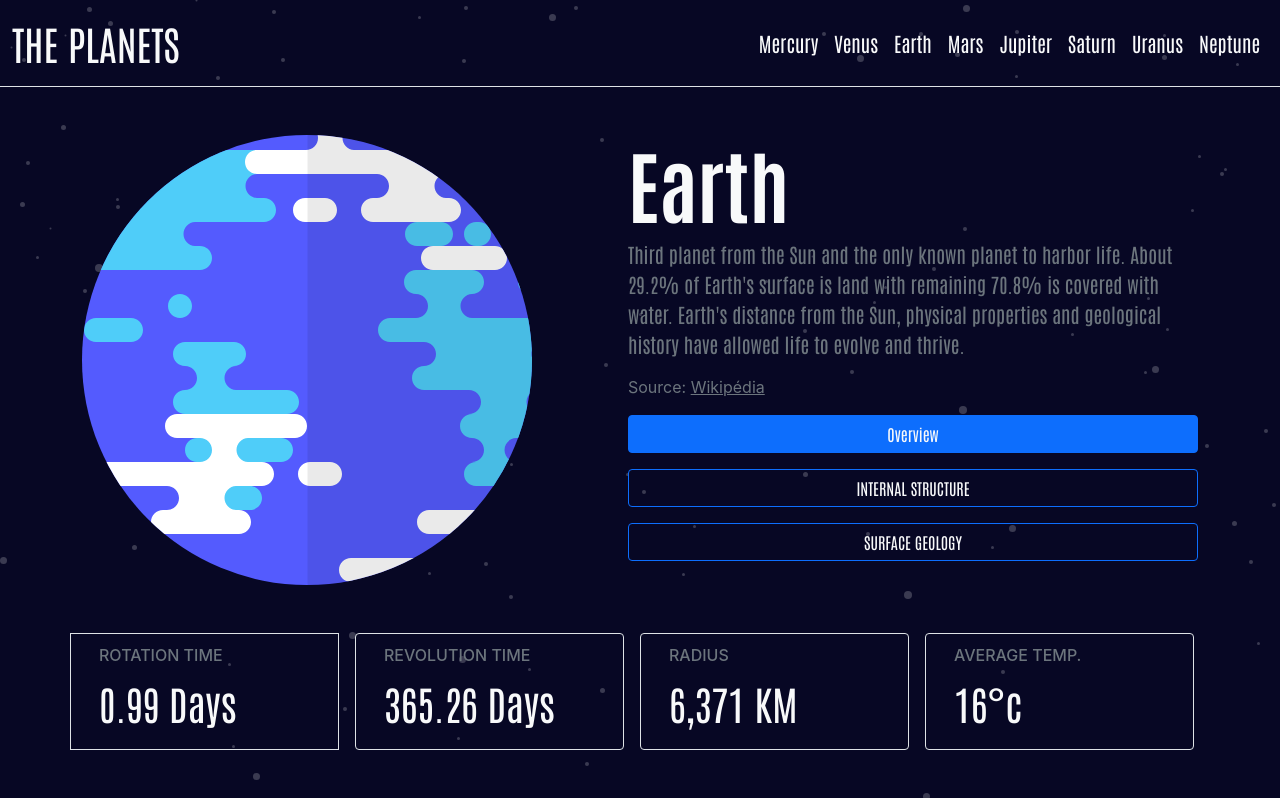
Repository: andre06x/the-planets
Page: /
These files come from the project's save history. The page is drawn as it stood at one moment and after the next save; the edit follows.
The browser window is 1280 px wide. The pictures show the whole page.
The project was rebuilt for these pictures with package versions that can differ from the ones it lists, and the page was loaded fresh each time.

Above is the page before, as saved 2021-10-19 16:31:13.

### public/index.html
<!DOCTYPE html>
<html lang="en">

<head>
  <meta charset="utf-8" />
  <link rel="icon" href="%PUBLIC_URL%/favicon.ico" />
  <meta name="viewport" content="width=device-width, initial-scale=1" />
  <meta name="theme-color" content="#000000" />
  <link rel="preconnect" href="https://fonts.googleapis.com">
  <link rel="preconnect" href="https://fonts.gstatic.com" crossorigin>
  <link href="https://fonts.googleapis.com/css2?family=Antonio:wght@400;500;600;700&display=swap" rel="stylesheet">
  <meta name="description" content="Web site created using create-react-app" />
  <link rel="apple-touch-icon" href="%PUBLIC_URL%/logo192.png" />
  <link rel="manifest" href="%PUBLIC_URL%/manifest.json" />
  <link rel="stylesheet" href="%PUBLIC_URL%/bootstrap-5.1.3-dist/css/bootstrap.min.css">
  <title>React App</title>
</head>

<body>
  <noscript>You need to enable JavaScript to run this app.</noscript>
  <div id="root"></div>
  <script src="./bootstrap-5.1.3-dist/js/bootstrap.min.js"></script>
</body>

</html>

### src/index.js
import React from 'react';
import ReactDOM from 'react-dom';
import App from './App';
import reportWebVitals from './reportWebVitals';
import Global from './styles/global';

ReactDOM.render(
  <React.StrictMode>
    <Global />
    <App />
  </React.StrictMode>,
  document.getElementById('root')
);

// If you want to start measuring performance in your app, pass a function
// to log results (for example: reportWebVitals(console.log))
// or send to an analytics endpoint. Learn more: https://bit.ly/CRA-vitals
reportWebVitals();

### src/App.js
import logo from './logo.svg';
// import './App.css';
import Header from './components/Header';
import Container from './components/Container';

function App() {
  return (
    <div className="App">
      <Header />
      <Container />
    </div>
  );
}

export default App;

### src/styles/global.js
import { createGlobalStyle } from 'styled-components';
import img from '../background-stars.svg';

export default createGlobalStyle`
  body {
    background-image: url(${img});
    background-color: #070724;
    background-repeat: repeat;
  margin: 0;
  font-family: -apple-system, BlinkMacSystemFont, 'Segoe UI', 'Roboto', 'Oxygen',
    'Ubuntu', 'Cantarell', 'Fira Sans', 'Droid Sans', 'Helvetica Neue',
    sans-serif;
  -webkit-font-smoothing: antialiased;
  -moz-osx-font-smoothing: grayscale;
}

code {
  font-family: source-code-pro, Menlo, Monaco, Consolas, 'Courier New',
    monospace;
}
`;

### src/components/Header.js
import React, { useEffect } from 'react';
import data from '../data.json';
import { usePlanet } from '../zustand';

const Header = () => {
  const planetSetar = usePlanet(state => state.nomePlanet);
  const planet = usePlanet(state => state.planet);

  useEffect(() => {
    console.log(planet)
  }, [planet])

  return (
    <nav class="navbar navbar-expand-lg navbar-dark bg-transparent border-bottom border-muted ">
      <div class="container-fluid d-flex justify-content-between">
        <a class="navbar-brand fs-1 text-light font-antonio" href="#">THE PLANETS</a>
        <button class="navbar-toggler text-light" type="button" data-bs-toggle="collapse" data-bs-target="#navbarSupportedContent" aria-controls="navbarSupportedContent" aria-expanded="false" aria-label="Toggle navigation">
          <span class="navbar-toggler-icon text-light"></span>
        </button>
        <div class="collapse navbar-collapse justify-content-end" id="navbarSupportedContent">
          <div>
            <ul class="navbar-nav me-auto mb-2 mb-lg-0">
              {
                data.map(d => (
                  <li class="nav-item">
                    <a
                      class="nav-link active text-light fs-5 font-antonio"
                      aria-current="page"
                      href="#"
                      onClick={() => planetSetar(d.name)}
                    >
                      {d.name}
                    </a>
                  </li>
                ))
              }
            </ul>
          </div>
        </div>
      </div>
    </nav>
  )
}



export default Header

### src/components/Container.js
import React, { useEffect, useState } from 'react';
// import earth from '../assets/planet-earth.svg';
import data from '../data.json';
import { usePlanet } from '../zustand';

const Container = () => {
  const [selectBox, setSelectBox] = useState(1);
  const planet = usePlanet(state => state.planet);
  // const [planet, setPlanet] = useState('Earth');
  const [text, setText] = useState(data.filter(d => d.name === planet)[0].overview);
  const [imagee, setImagee] = useState('assets/planet-earth.svg');
  const [dataPlanet, setDataPlanet] = useState(['']);



  const op = [
    { id: 1, titulo: 'Overview' },
    { id: 2, titulo: 'INTERNAL STRUCTURE' },
    { id: 3, titulo: 'SURFACE GEOLOGY' },
  ]

  function buttonChange(o) {
    setSelectBox(o.id);

    if (o.id === 1) {
      setText(data.filter(d => d.name === planet)[0].overview);
      setImagee(data.filter(d => d.name === planet)[0].images.planet);
    }

    if (o.id === 2) {
      setText(data.filter(d => d.name === planet)[0].structure);
      setImagee(data.filter(d => d.name === planet)[0].images.internal);

    }

    if (o.id === 3) {
      setText(data.filter(d => d.name === planet)[0].geology);
      setImagee(data.filter(d => d.name === planet)[0].images.geology);

    }

  }

  useEffect(() => {
    setDataPlanet(data.filter(d => d.name === planet)[0]);
    setImagee(data.filter(d => d.name === planet)[0].images.planet);
    setText(data.filter(d => d.name === planet)[0].overview);
    setSelectBox(1);

  }, [planet]);
  return (
    <div className="container mt-md-5">
      <div className="d-flex flex-column">
        <div className="d-flex flex-md-row flex-column-reverse justify-content-between">
          <div className="me-5">
            <img src={imagee} alt="" />
          </div>
          <div className="ms-md-5 d-flex flex-md-column flex-column-reverse">
            <h1 className="display-1 text-light font-antonio fw-bold">
              {planet}
            </h1>
            <p className="lead text-muted font-antonio">
              {text.content}
            </p>
            <span className="text-secondary">
              Source: <a href="" className="text-secondary"> Wikipédia</a>
            </span>

            <div className="d-flex flex-md-column mt-md-3 font-antonio fw-bold">
              {op.map(o => (
                <button
                  className={`btn text-light btn-outline-primary mb-3 col-4 col-md-12 ${selectBox === o.id ? ' btn-primary' : ''}`}
                  onClick={() => buttonChange(o)}
                >
                  {o.titulo}
                </button>
              ))}
            </div>
          </div>
        </div>
      </div>
      <div className="row mt-5 mb-5">
        <div class="col me-3 bg-transparent border">
          <div class="card-body">
            <h6 class="card-subtitle mb-2 text-muted">
              ROTATION TIME
            </h6>
            <p class="card-text text-light font-antonio fs-1">
              {dataPlanet.rotation}
            </p>
          </div>
        </div>
        <div class="card col me-3 bg-transparent border">
          <div class="card-body">
            <h6 class="card-subtitle mb-2 text-muted">
              REVOLUTION TIME
            </h6>
            <p class="card-text text-light font-antonio fs-1">
              {dataPlanet.revolution}
            </p>
          </div>
        </div>
        <div class="card col me-3 bg-transparent border">
          <div class="card-body">
            <h6 class="card-subtitle mb-2 text-muted">
              RADIUS
            </h6>
            <p class="card-text text-light font-antonio fs-1">
              {dataPlanet.radius}
            </p>
          </div>
        </div>
        <div class="card col me-3 bg-transparent border">
          <div class="card-body">
            <h6 class="card-subtitle mb-2 text-muted">
              AVERAGE TEMP.
            </h6>
            <p class="card-text text-light font-antonio fs-1">
              {dataPlanet.temperature}
            </p>
          </div>
        </div>
      </div>
    </div>
  )
}

export default Container;

### src/data.json
[
  {
    "name": "Mercury",
    "overview": {
      "content": "Mercury is the smallest planet in the Solar System and the closest to the Sun. Its orbit around the Sun takes 87.97 Earth days, the shortest of all the Sun's planets. Mercury is one of four terrestrial planets in the Solar System, and is a rocky body like Earth.",
      "source": "https://en.wikipedia.org/wiki/Mercury_(planet)"
    },
    "structure": {
      "content": "Mercury appears to have a solid silicate crust and mantle overlying a solid, iron sulfide outer core layer, a deeper liquid core layer, and a solid inner core. The planet's density is the second highest in the Solar System at 5.427 g/cm3 , only slightly less than Earth's density.",
      "source": "https://en.wikipedia.org/wiki/Mercury_(planet)#Internal_structure"
    },
    "geology": {
      "content": "Mercury's surface is similar in appearance to that of the Moon, showing extensive mare-like plains and heavy cratering, indicating that it has been geologically inactive for billions of years. It is more heterogeneous than either Mars's or the Moon’s.",
      "source": "https://en.wikipedia.org/wiki/Mercury_(planet)#Surface_geology"
    },
    "rotation": "58.6 Days",
    "revolution": "87.97 Days",
    "radius": "2,439.7 KM",
    "temperature": "430°c",
    "images": {
      "planet": "assets/planet-mercury.svg",
      "internal": "assets/planet-mercury-internal.svg",
      "geology": "assets/geology-mercury.png"
    }
  },
  {
    "name": "Venus",
    "overview": {
      "content": "Venus is the second planet from the Sun. It is named after the Roman goddess of love and beauty. As the brightest natural object in Earth's night sky after the Moon, Venus can cast shadows and can be, on rare occasions, visible to the naked eye in broad daylight.",
      "source": "https://en.wikipedia.org/wiki/Venus"
    },
    "structure": {
      "content": "The similarity in size and density between Venus and Earth suggests they share a similar internal structure: a core, mantle, and crust. Like that of Earth, Venusian core is most likely at least partially liquid because the two planets have been cooling at about the same rate.",
      "source": "https://en.wikipedia.org/wiki/Venus#Internal_structure"
    },
    "geology": {
      "content": "Much of the Venusian surface appears to have been shaped by volcanic activity. Venus has several times as many volcanoes as Earth, and it has 167 large volcanoes that are over 100 km (60 mi) across. The only volcanic complex of this size on Earth is the Big Island of Hawaii.",
      "source": "https://en.wikipedia.org/wiki/Venus#Surface_geology"
    },
    "rotation": "243 Days",
    "revolution": "224.7 Days",
    "radius": "6,051.8 KM",
    "temperature": "471°c",
    "images": {
      "planet": "assets/planet-venus.svg",
      "internal": "assets/planet-venus-internal.svg",
      "geology": "assets/geology-venus.png"
    }
  },
  {
    "name": "Earth",
    "overview": {
      "content": "Third planet from the Sun and the only known planet to harbor life. About 29.2% of Earth's surface is land with remaining 70.8% is covered with water. Earth's distance from the Sun, physical properties and geological history have allowed life to evolve and thrive.",
      "source": "https://en.wikipedia.org/wiki/Earth"
    },
    "structure": {
      "content": "Earth's interior, like that of the other terrestrial planets, is divided into layers by their chemical or physical (rheological) properties. The outer layer is a chemically distinct silicate solid crust, which is underlain by a highly viscous solid mantle.",
      "source": "https://en.wikipedia.org/wiki/Earth#Internal_structure"
    },
    "geology": {
      "content": "The total surface area of Earth is about 510 million km2. The continental crust consists of lower density material such as the igneous rocks granite and andesite. Less common is basalt, a denser volcanic rock that is the primary constituent of the ocean floors.",
      "source": "https://en.wikipedia.org/wiki/Earth#Surface"
    },
    "rotation": "0.99 Days",
    "revolution": "365.26 Days",
    "radius": "6,371 KM",
    "temperature": "16°c",
    "images": {
      "planet": "assets/planet-earth.svg",
      "internal": "assets/planet-earth-internal.svg",
      "geology": "assets/geology-earth.png"
    }
  },
  {
    "name": "Mars",
    "overview": {
      "content": "Mars is the fourth planet from the Sun and the second-smallest planet in the Solar System, being larger than only Mercury. In English, Mars carries the name of the Roman god of war and is often referred to as the \"Red Planet\".",
      "source": "https://en.wikipedia.org/wiki/Mars"
    },
    "structure": {
      "content": "Like Earth, Mars has differentiated into a dense metallic core overlaid by less dense materials. Scientists initially determined that the core is at least partially liquid. Current models of its interior imply a core consisting primarily of iron and nickel with about 16–17% sulfur.",
      "source": "https://en.wikipedia.org/wiki/Mars#Internal_structure"
    },
    "geology": {
      "content": "Mars is a terrestrial planet whose surface consists of minerals containing silicon and oxygen, metals, and other elements that typically make up rock. The surface is primarily composed of tholeiitic basalt, although parts are more silica-rich than typical basalt.",
      "source": "https://en.wikipedia.org/wiki/Mars#Surface_geology"
    },
    "rotation": "1.03 Days",
    "revolution": "1.88 Years",
    "radius": "3,389.5 KM",
    "temperature": "-28°c",
    "images": {
      "planet": "assets/planet-mars.svg",
      "internal": "assets/planet-mars-internal.svg",
      "geology": "assets/geology-mars.png"
    }
  },
  {
    "name": "Jupiter",
    "overview": {
      "content": "Jupiter is the fifth planet from the Sun and the largest in the Solar System. It is a gas giant with a mass two and a half times that of all the other planets in the Solar System combined, but less than one-thousandth the mass of the Sun.",
      "source": "https://en.wikipedia.org/wiki/Jupiter"
    },
    "structure": {
      "content": "When the Juno arrived in 2016, it found that Jupiter has a very diffuse core that mixes into its mantle. A possible cause is an impact from a planet of about ten Earth masses a few million years after Jupiter's formation, which would have disrupted an originally solid Jovian core.",
      "source": "https://en.wikipedia.org/wiki/Jupiter#Internal_structure"
    },
    "geology": {
      "content": "The best known feature of Jupiter is the Great Red Spot, a persistent anticyclonic storm located 22° south of the equator. It is known to have existed since at least 1831, and possibly since 1665.",
      "source": "https://en.wikipedia.org/wiki/Jupiter#Great_Red_Spot_and_other_vortices"
    },
    "rotation": "9.93 Hours",
    "revolution": "11.86 Years",
    "radius": "69,911 KM",
    "temperature": "-108°c",
    "images": {
      "planet": "assets/planet-jupiter.svg",
      "internal": "assets/planet-jupiter-internal.svg",
      "geology": "assets/geology-jupiter.png"
    }
  },
  {
    "name": "Saturn",
    "overview": {
      "content": "Saturn is the sixth planet from the Sun and the second-largest in the Solar System, after Jupiter. It is a gas giant with an average radius of about nine and a half times that of Earth. It only has one-eighth the average density of Earth.",
      "source": "https://en.wikipedia.org/wiki/Saturn"
    },
    "structure": {
      "content": "Despite consisting mostly of hydrogen and helium, most of Saturn's mass is not in the gas phase, because hydrogen becomes a non-ideal liquid when the density is above 0.01 g/cm3, which is reached at a radius containing 99.9% of Saturn's mass.",
      "source": "https://en.wikipedia.org/wiki/Saturn#Internal_structure"
    },
    "geology": {
      "content": "The outer atmosphere of Saturn contains 96.3% molecular hydrogen and 3.25% helium by volume. The planet's most famous feature is its prominent ring system, which is composed mostly of ice particles with a smaller amount of rocky debris and dust.",
      "source": "https://en.wikipedia.org/wiki/Saturn#Atmosphere"
    },
    "rotation": "10.8 Hours",
    "revolution": "29.46 Years",
    "radius": "58,232 KM",
    "temperature": "-138°c",
    "images": {
      "planet": "assets/planet-saturn.svg",
      "internal": "assets/planet-saturn-internal.svg",
      "geology": "assets/geology-saturn.png"
    }
  },
  {
    "name": "Uranus",
    "overview": {
      "content": "Uranus is the seventh planet from the Sun. Its name is a reference to the Greek god of the sky, Uranus according to Greek mythology, was the great-grandfather of Ares. It has the third-largest planetary radius and fourth-largest planetary mass in the Solar System.",
      "source": "https://en.wikipedia.org/wiki/Uranus"
    },
    "structure": {
      "content": "The standard model of Uranus's structure is that it consists of three layers: a rocky (silicate/iron–nickel) core in the centre, an icy mantle in the middle and an outer gaseous hydrogen/helium envelope. The core is relatively small, with a mass of only 0.55 Earth masses.",
      "source": "https://en.wikipedia.org/wiki/Uranus#Internal_structure"
    },
    "geology": {
      "content": "The composition of Uranus's atmosphere is different from its bulk, consisting mainly of molecular hydrogen and helium. The helium molar fraction, i.e. the number of helium atoms per molecule of gas, is 0.15±0.03 in the upper troposphere.",
      "source": "https://en.wikipedia.org/wiki/Uranus#Atmosphere"
    },
    "rotation": "17.2 Hours",
    "revolution": "84 Years",
    "radius": "25,362 KM",
    "temperature": "-195°c",
    "images": {
      "planet": "assets/planet-uranus.svg",
      "internal": "assets/planet-uranus-internal.svg",
      "geology": "assets/geology-uranus.png"
    }
  },
  {
    "name": "Neptune",
    "overview": {
      "content": "Neptune is the eighth and farthest-known Solar planet from the Sun. In the Solar System, it is the fourth-largest planet by diameter, the third-most-massive planet, and the densest giant planet. It is 17 times the mass of Earth, more massive than its near-twin Uranus.",
      "source": "https://en.wikipedia.org/wiki/Neptune"
    },
    "structure": {
      "content": "Neptune's internal structure resembles that of Uranus. Its atmosphere forms about 5% to 10% of its mass and extends perhaps 10% to 20% of the way towards the core. Increasing concentrations of methane, ammonia and water are found in the lower regions.",
      "source": "https://en.wikipedia.org/wiki/Neptune#Internal_structure"
    },
    "geology": {
      "content": "Neptune's atmosphere is 80% hydrogen and 19% helium. A trace amount of methane is also present. Prominent absorption bands of methane exist at wavelengths above 600 nm, in the red and infrared portion of the spectrum.",
      "source": "https://en.wikipedia.org/wiki/Neptune#Atmosphere"
    },
    "rotation": "16.08 Hours",
    "revolution": "164.79 Years",
    "radius": "24,622 KM",
    "temperature": "-201°c",
    "images": {
      "planet": "assets/planet-neptune.svg",
      "internal": "assets/planet-neptune-internal.svg",
      "geology": "assets/geology-neptune.png"
    }
  }
]

### src/zustand/index.js
import create from 'zustand';

const usePlanet = create(set => ({
  planet: 'Earth',
  nomePlanet: (namePlanet) => set(state => ({ planet: namePlanet}))
}))

export { usePlanet }

Loaded but not shown: src/reportWebVitals.js (common file); public/bootstrap-5.1.3-dist/css/bootstrap.min.css (library); public/bootstrap-5.1.3-dist/js/bootstrap.min.js (library)

After the next save:
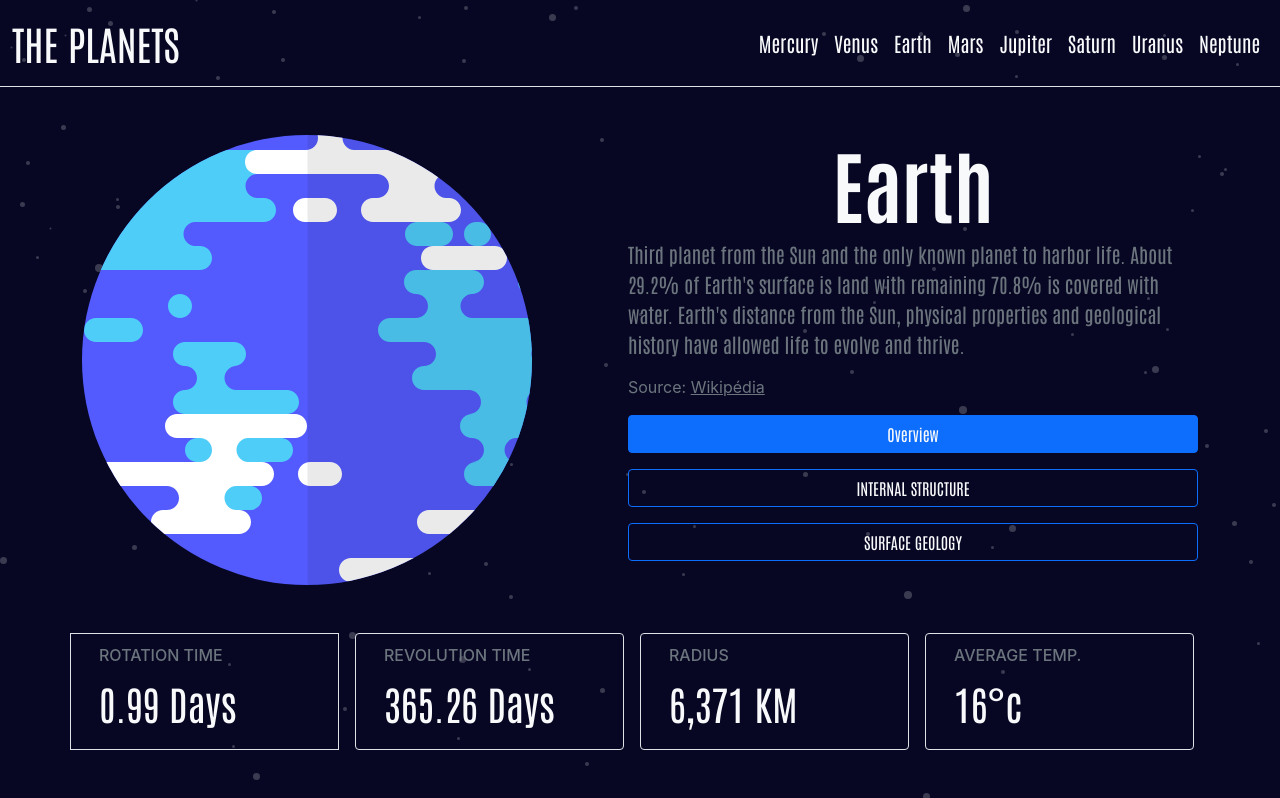
Saved 58 s later.
--- a/src/components/Container.js
+++ b/src/components/Container.js
@@ -56,7 +56,7 @@ const Container = () => {
             <img src={imagee} alt="" />
           </div>
           <div className="ms-md-5 d-flex flex-md-column flex-column-reverse">
-            <h1 className="display-1 text-light font-antonio fw-bold">
+            <h1 className="display-1 text-light font-antonio fw-bold text-center">
               {planet}
             </h1>
             <p className="lead text-muted font-antonio">
